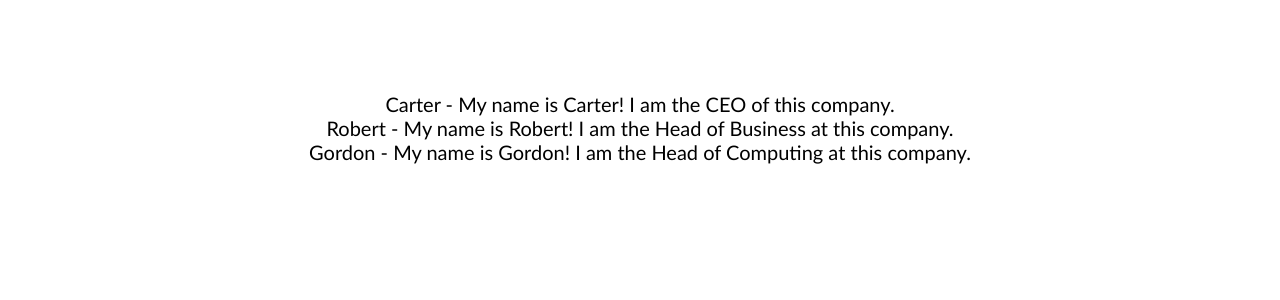
Repository: cartervandekamp/class03-styled-2109
Page: /about
An editor plug-in stored every save of this project. The page is shown before and after the next save, followed by the edit.
The browser window is 1280 px wide. The pictures show the whole page.
The project was rebuilt for these pictures with package versions that can differ from the ones it lists, and the page was loaded fresh each time. The framework's server and built-in components were replaced by stand-ins that run in the browser. Also part of the build but not shown: next.config.js.

Above is the page before, as saved 2023-01-24 17:12:54.

After the next save:
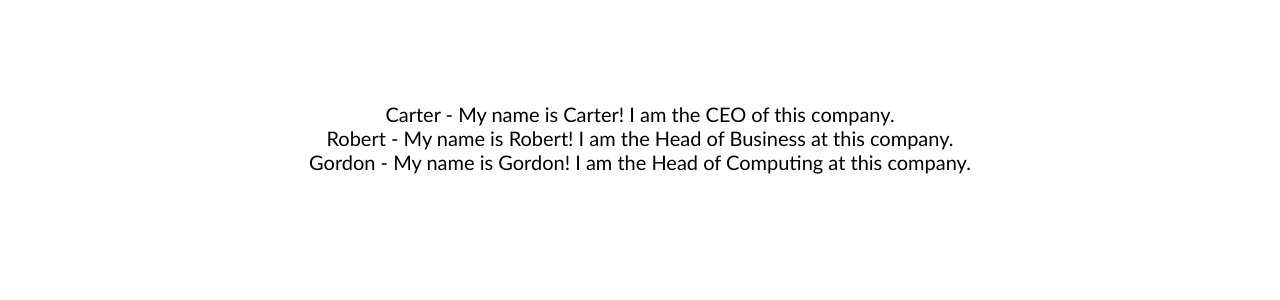
Saved 20 s later.
--- a/styles/About.module.css
+++ b/styles/About.module.css
@@ -10,5 +10,6 @@
 .names {
     text-align: center;
     font-size: 20px;
-    gap: 10px;
+    padding: 10px;
+
 }
